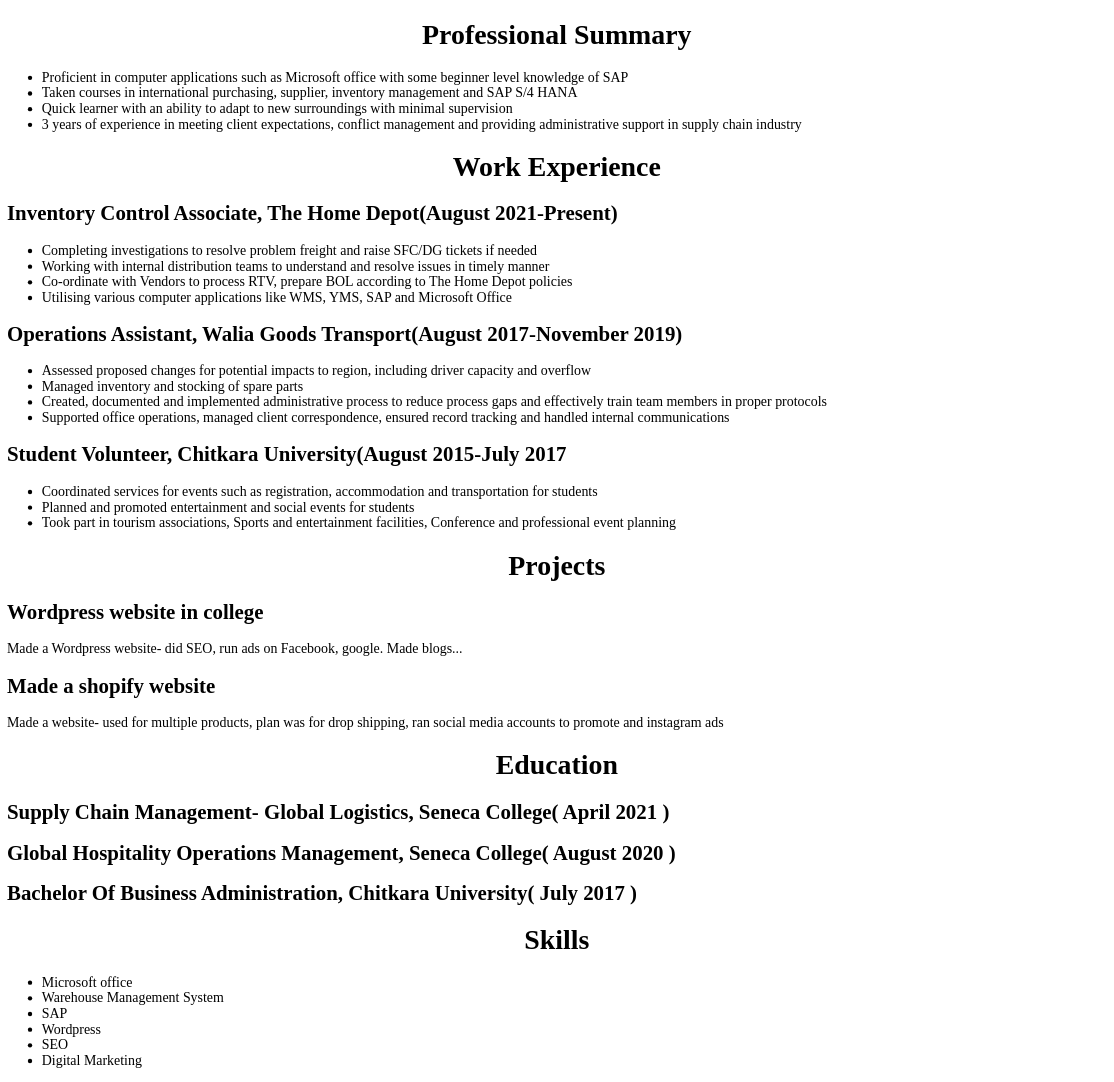
Repository: manjotsodhi1995/demo-portfolio
Page: manjot_portfolio.html
These files come from the project's save history. The page is drawn as it stood at one moment and after the next save; the edit follows.
The browser window is 1280 px wide. The pictures show the whole page, at 87% of full size.

Above is the page before, as saved 2021-11-11 11:58:26.

After the next save:
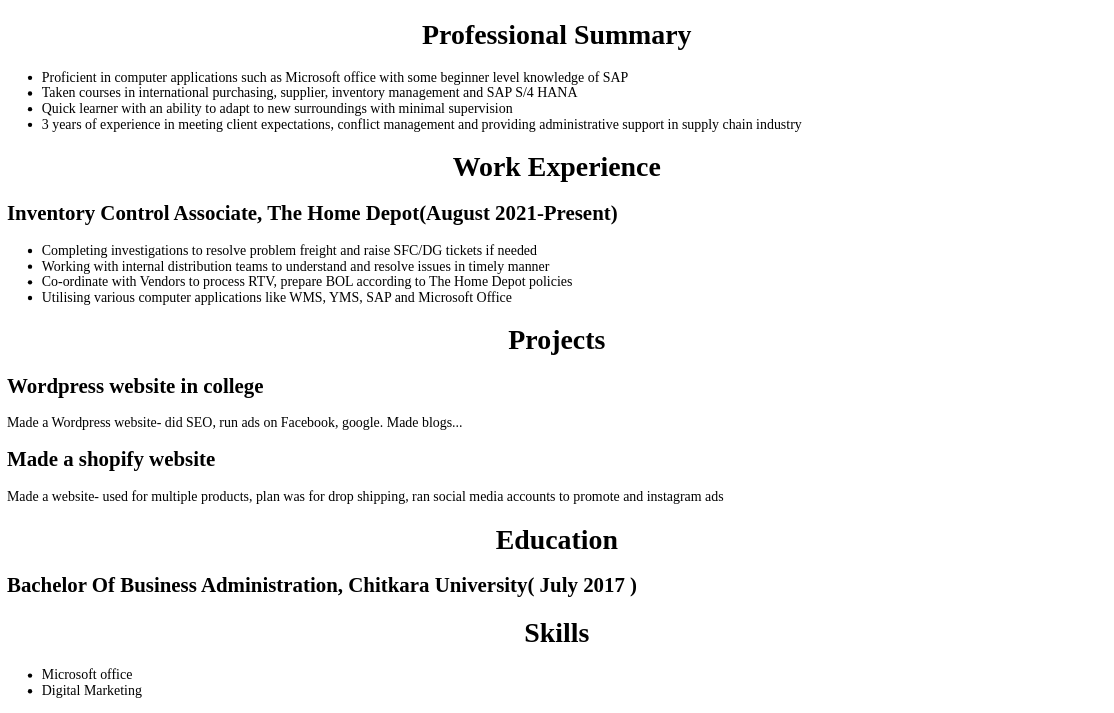
Saved 24 s later.
--- a/manjot_portfolio.html
+++ b/manjot_portfolio.html
@@ -27,20 +27,6 @@ h2 {
  <li>Co-ordinate with Vendors to process RTV, prepare BOL according to The Home Depot policies</li>
  <li>Utilising various computer applications like WMS, YMS, SAP and Microsoft Office</li>
 </ul>
-<h2>Operations Assistant, Walia Goods Transport(August 2017-November 2019)</h2>
-<ul>
-<li>Assessed proposed changes for potential impacts to region, including driver capacity and overflow</li>
-<li>Managed inventory and stocking of spare parts</li>
-<li>Created, documented and implemented administrative process to reduce process gaps and effectively train team members in proper protocols</li>
-<li>Supported office operations, managed client correspondence, ensured record tracking and handled internal communications</li>
-</ul>
-
-<h2>Student Volunteer, Chitkara University(August 2015-July 2017</h2>
-<ul>
-<li>Coordinated services for events such as registration, accommodation and transportation for students</li>
-<li>Planned and promoted entertainment and social events for students</li>
-<li>Took part in tourism associations, Sports and entertainment facilities, Conference and professional event planning</li>
-</ul>
 
 <h1>Projects</h1>
 <h2>Wordpress website in college</h2>
@@ -49,16 +35,10 @@ h2 {
 <p>Made a website- used for multiple products, plan was for drop shipping, ran social media accounts to promote and instagram ads</p>
 
 <h1>Education</h1>
-<h2>Supply Chain Management- Global Logistics, Seneca College( April 2021 )</h2>
-<h2>Global Hospitality Operations Management, Seneca College( August 2020 )</h2>
 <h2>Bachelor Of Business Administration, Chitkara University( July 2017 )</h2>
 <h1>Skills</h1>
 <ul>
 <li>Microsoft office</li>
-<li>Warehouse Management System</li>
-<li>SAP</li>
-<li>Wordpress</li>
-<li>SEO</li>
 <li>Digital Marketing</li>
 </ul>
 
